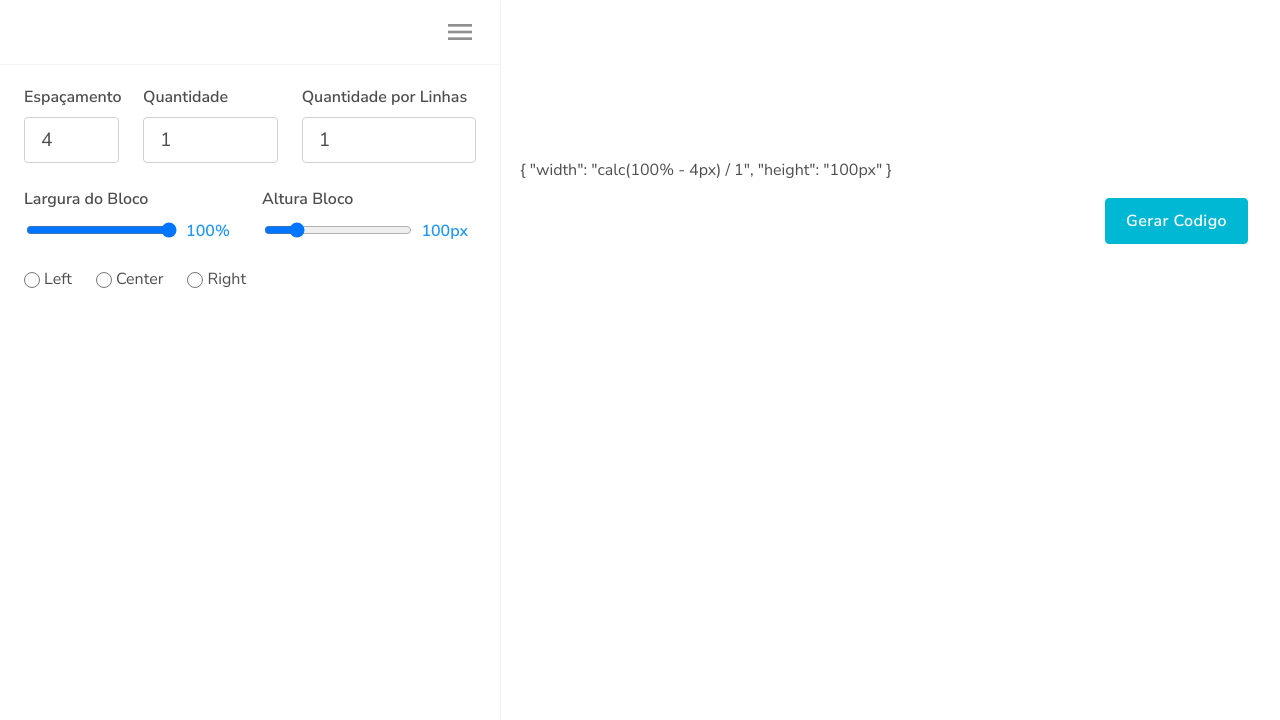
Repository: Flintdl/lowcode-elements
Page: /
An editor plug-in stored every save of this project. The page is shown before and after the next save, followed by the edit.
The browser window is 1280 px wide. The pictures show the whole page.
The project was rebuilt for these pictures with package versions that can differ from the ones it lists, and the page was loaded fresh each time. Also part of the build but not shown: vue.config.js.

Above is the page before, as saved 2022-04-05 09:54:20.

### src/components/Menu/MenuTemplate.vue
<template>
  <div>
    <div
      class="ham burger-link-mobile sf-display-flex sf-display-md-none"
      @click="menu"
    >
      <i class="mdi mdi-menu sf-text-xlg sf-text-muted sf-dropdown-action"></i>
    </div>
    <nav class="sf-menu">
      <div class="sf-menu-header">
        <div
          @click="menu"
          class="hamburger-link sf-display-none sf-display-md-block"
        >
          <i
            class="mdi mdi-menu sf-text-xlg sf-text-muted sf-dropdown-action"
          ></i>
        </div>
      </div>
      <div class="sf-menu-body">
        <ul class="sf-menu-ul">
          <li class="sf-menu-li sf-px-4">
            <div class="sf-row">
              <div class="sf-col-3 sf-form-group">
                <label class="sf-label">Espaçamento</label>
                <input
                  type="number"
                  min="1"
                  max="12"
                  value="2"
                  id="inputGap"
                  v-model="inputGap"
                  class="filter-states sf-text-capitalize"
                  placeholder="Quantidade de Blocos"
                />
              </div>
              <div class="sf-col-4 sf-form-group">
                <label class="sf-label">Quantidade</label>
                <input
                  type="number"
                  value="1"
                  id="inputQuantidade"
                  v-model="inputQuantidade"
                  class="filter-states sf-text-capitalize"
                  placeholder="Quantidade de Blocos"
                />
              </div>
              <div class="sf-col-5 sf-form-group">
                <label class="sf-label">Quantidade por Linhas</label>
                <input
                  type="number"
                  min="1"
                  max="12"
                  value="1"
                  id="inputQuantidadeLinha"
                  v-model="inputQuantidadeLinha"
                  class="filter-states sf-text-capitalize"
                  placeholder="Quantidade Linha"
                />
              </div>
              <div class="sf-col-6 sf-form-group">
                <label class="sf-label">Largura do Bloco</label>
                <div class="sf-input-group">
                  <input
                    type="range"
                    min="10"
                    max="100"
                    value="10"
                    id="inputRange"
                    v-model="inputRange"
                    class="sf-px-0 sf-border-right-0 sf-border-radius-right-0 sf-text-capitalize"
                  />
                  <div
                    class="sf-input-group-append sf-display-flex sf-justify-content-center"
                  >
                    <div
                      class="sf-display-flex sf-align-items-center sf-justify-content-center sf-border-left-0 sf-border-radius sf-border-radius-left-0 sf-px-2 sf-text-info sf-font-weight-bold sf-min-60-px"
                    >
                      {{ inputRange }}%
                    </div>
                  </div>
                </div>
              </div>
              <div class="sf-col-6 sf-form-group">
                <label class="sf-label">Altura Bloco</label>
                <div class="sf-input-group">
                  <input
                    type="range"
                    min="10"
                    max="500"
                    id="valorHeight"
                    v-model="valorHeight"
                    class="sf-px-0 sf-border-right-0 sf-border-radius-right-0 sf-text-capitalize"
                  />
                  <div
                    class="sf-input-group-append sf-display-flex sf-justify-content-center"
                  >
                    <div
                      class="sf-display-flex sf-align-items-center sf-justify-content-center sf-border-left-0 sf-border-radius sf-border-radius-left-0 sf-px-2 sf-text-info sf-font-weight-bold sf-min-60-px"
                    >
                      {{ valorHeight }}px
                    </div>
                  </div>
                </div>
              </div>
              <div class="sf-col-auto sf-form-group">
                <input
                  id="left"
                  type="radio"
                  name="drone"
                  v-model="checkValue"
                  value="left"
                  checked
                />
                <label for="left"> Left</label>
              </div>

              <div class="sf-col-auto sf-form-group">
                <input
                  type="radio"
                  id="center"
                  name="drone"
                  v-model="checkValue"
                  value="center"
                />
                <label for="center"> Center</label>
              </div>

              <div class="sf-col-auto sf-form-group">
                <input
                  type="radio"
                  id="right"
                  name="drone"
                  v-model="checkValue"
                  value="right"
                />
                <label for="right"> Right</label>
              </div>
            </div>
          </li>
        </ul>
      </div>
    </nav>
    <div class="sf-content-page">
      <HomeView
        :valor="parseInt(inputRange)"
        :inputGap="parseInt(inputGap)"
        :valorHeight="parseInt(valorHeight)"
        :quantidade="parseInt(inputQuantidade)"
        :quantidadeLinha="parseInt(inputQuantidadeLinha)"
        :checkValue="checkValue"
      />
    </div>
    <div class="ga-mascara-fundo" @click="mask"></div>
  </div>
</template>

<script>
import HomeView from "@/views/HomeView.vue";
import image from "@/assets/logo-soften.webp";

export default {
  name: "MenuTemplate",
  data: function () {
    return {
      inputQuantidade: (this.inputQuantidade = 1),
      inputQuantidadeLinha: (this.inputQuantidadeLinha = 1),
      inputRange: (this.inputRange = 100),
      valorHeight: (this.valorHeight = 100),
      inputGap: (this.inputGap = 4),
      checkValue: this.checkValue,
      image: image,
    };
  },
  components: {
    HomeView,
  },
  beforeMount() {
    if (window.innerWidth >= 768) {
      if (localStorage.getItem("menu") === "fechado") {
        document.body.classList.add("menu-fechado");
      } else {
        document.body.classList.remove("menu-fechado");
      }
    }

    (function () {
      var current = window.location.pathname.split("")[0];
      if (current === "") return;
      var menuItems = document.querySelectorAll(".sf-menu-list-link");
      for (var i = 0, len = menuItems.length; i < len; i++) {
        if (menuItems[i].getAttribute("href").indexOf(current) !== -1) {
          menuItems[i].className += " active-nolink";
          menuItems[i].nextElementSibling.className += " active-nolink";
        }
      }
    })();
  },
  methods: {
    menu() {
      if (window.innerWidth >= 768) {
        document.body.classList.toggle("menu-fechado");
        if (document.body.classList.contains("menu-fechado")) {
          localStorage.setItem("menu", "fechado");
        } else {
          localStorage.removeItem("menu");
        }
      } else {
        document.body.classList.toggle("menu-mobile-aberto");
      }
    },
    mask() {
      document.body.classList.remove("menu-mobile-aberto");
    },
  },
};

// function dropdown(menu) {
//   var dropdowns = document.getElementsByClassName("sf-dropdown-menu");
//   var i;
//   for (i = 0; i < dropdowns.length; i++) {
//     var openDropdown = dropdowns[i];
//     if (openDropdown.classList.contains("show")) {
//       openDropdown.classList.remove("show");
//     }
//   }
//   document.querySelector(menu).classList.toggle("show");
// }
</script>

<style lang="scss">
@import "@/assets/scss/style.scss";
@import "@/assets/scss/standard.scss";
@import "@/assets/scss/menu.scss";
</style>

### src/assets/scss/_variables.scss
// Primarys Colors
$standardTextColor: #4d4d4d;

$primaryColor: #8e6dff;
$secondaryColor: #009997;
$buttonDisableColor: #9c9c9c;
$buttonDisableBgColor: #7676764d;

// Menu Colors

$bgMenuColor: #1d1d1d;
$linkMenuColor: #7b8089;
$iconMenuColor: #2a2a2a;
$borderMenuColor: #323232;

// Botão Colors

$btnPrimary: #00b8d4;
$btnPrimaryHover: #0085b0;

// Generics Colors

$whiteColor: #ffffff;
$mutedColor: #8f8f8f;
$cardColor: #f3f4f7;
$cardColorLight: #f9fafc;
$cardColorLightTwo: #f1f5fc;
$greyLight: #d1d1d1;

// Dropdown Colors

$dropdownHeaderColor: #5f5f5f;
$dropdownColor: #ebffff;

// State Colors

$successColor: #3dc661;
$dangerColor: #e7515a;
$warningColor: #e2a03f;
$infoColor: #2196f3;
$defaultColor: #172b4d;
$lightColor: #e0e0e0;

### src/assets/scss/standard.scss
@import "variables";

.sf-content-page {
  transition: margin-left 0.15s ease;
  margin-left: 500px;
  padding: 3.6rem 2rem;
}

input,
select {
  font-size: 1.2rem;
  font-family: "Nunito Sans", sans-serif;
  color: #4d4d4d;
  background-color: #ffffff;
  width: 100%;
  display: block;
  height: 46px;
  padding: 0 1rem;
  border-radius: 4px;
  border: 1px solid #d1d1d1;
}

input:disabled {
  background-color: $buttonDisableBgColor;
}

textarea {
  font-size: 0.875rem;
  font-family: "Nunito Sans", sans-serif;
  color: #4d4d4d;
  background-color: #ffffff;
  width: 100%;
  display: block;
  padding: 1rem;
  border-radius: 4px;
  border: 1px solid #d1d1d1;
  resize: none;
}

input[type="range"] {
  height: fit-content !important;
}

.sf-form-100 {
  width: calc(100% + 24px);
}

/* Input Radio */
.form-selectradio,
.form-selectcheckbox {
  display: flex;
}

.form-selectradiobutton,
.form-selectcheckboxbutton {
  display: inline-block;
  border-radius: 50%;
  margin: 0;
}

.form-selectradiobutton label,
.form-selectcheckboxbutton label {
  font-size: 0.875rem;
  cursor: pointer;
  display: inline-block;
  margin: 0 16px 0 8px;
  vertical-align: middle;
}

input[type="radio"],
input[type="checkbox"] {
  width: 1rem;
  height: 1rem;
  text-align: center;
  position: relative;
  border-radius: 50%;
  line-height: 16px;
  cursor: pointer;
  margin: 0;
  display: inline-block;
  vertical-align: middle;
}

input[type="checkbox"] {
  border-radius: 6px;
}

// Renderização de Consulta - Botão

.sf-action-rendered-content {
  gap: 8px;
  .sf-action-rendered-consult {
    -webkit-box-flex: 1;
    -ms-flex-positive: 1;
    flex-grow: 1;
    white-space: nowrap;
    width: auto;
    span {
      cursor: pointer;
      &:hover {
        // background-color: #27272736 !important;
        border-color: #272727 !important;
      }
      &.actived {
        // background-color: #00b8d436 !important;
        border-color: #00b8d4 !important;
        font-weight: 700;
      }
    }
  }
}

// Renderização de Consulta - Botão

// Conteúdo socio resultado

.sf-card-socio-content {
  gap: 12px;
  .sf-card-socio {
    width: 100%;
    &.actived {
      div {
        background-color: #1fbdd538;
        border-color: #00b8d4 !important;
        color: #0395ac;
      }
    }
    &:hover {
      div {
        border-color: #00b8d4 !important;
        color: #0395ac;
        cursor: pointer;
      }
    }
  }
}
// Conteúdo socio resultado

// Conteúdo contato resultado

.sf-contact-business-content {
  gap: 12px;
  &.sf-business-overflow {
    ::-webkit-scrollbar {
      background: #e0e0e0;
      height: 4px;
      width: 6px;
    }

    ::-webkit-scrollbar-thumb {
      background: #bebebe;
    }
    ::-webkit-scrollbar-track {
      background-color: #e0e0e0;
    }
    ul {
      max-height: 392px;
      overflow-y: auto;
    }
  }
  .sf-contact-content-list {
    width: 100%;
    &.content-list-segments {
      height: fit-content;
      div {
        background-color: #f5f5f5;
        width: 100%;
      }
      &.actived {
        div {
          background-color: #1fbdd538;
          border-color: #00b8d4 !important;
          color: #0395ac;
        }
      }
      &:hover {
        div {
          border-color: #00b8d4 !important;
          color: #0395ac;
          cursor: pointer;
        }
      }
    }
  }
  &.sf-content-grid {
    .sf-contact-content-list {
      flex: initial;
    }
  }
}

.information-list-business {
  .information-list-business-li {
    span {
      width: 100%;
    }
    &:nth-child(odd) {
      background-color: #79797936;
    }
  }
}

.autocomplete-items {
  position: absolute;
  border: 1px solid #d4d4d4;
  margin: 12px 12px 0;
  border-radius: 4px;
  max-height: 210px;
  overflow-y: auto;
  z-index: 99;
  top: 100%;
  left: 0;
  right: 0;
}

.autocomplete-items div {
  padding: 10px;
  cursor: pointer;
  background-color: #fff;
  border-bottom: 1px solid #d4d4d4;
  &:last-child {
    border-bottom: 0;
  }
}

.autocomplete-items div:hover {
  background-color: #e9e9e9;
}

.autocomplete-active {
  background-color: DodgerBlue !important;
  color: #ffffff;
}

@media (min-width: 731px) {
  .sf-contact-business-content {
    .sf-contact-content-list {
      width: calc(50% - 12px);
    }
    &.sf-content-grid {
      .sf-contact-content-list {
        width: calc(50% - 12px);
      }
    }
  }
  .sf-card-socio-content {
    .sf-card-socio {
      width: calc(50% - 12px);
    }
  }
}

@media (min-width: 960px) {
  .sf-contact-business-content {
    .sf-contact-content-list {
      width: calc((100% - 24px) / 3);
    }
    &.sf-content-grid {
      .sf-contact-content-list {
        width: calc((100% - 24px) / 3);
      }
    }
  }
  .sf-card-socio-content {
    .sf-card-socio {
      width: calc((100% - 24px) / 3);
    }
  }
}
@media (min-width: 1200px) {
  .sf-contact-business-content {
    .sf-contact-content-list {
      width: calc((100% - 24px) / 3);
    }
    &.sf-content-grid {
      .sf-contact-content-list {
        width: calc(100% / 4);
      }
    }
  }
  .sf-card-socio-content {
    .sf-card-socio {
      width: calc((100% - 36px) / 4);
    }
  }
}

// Conteúdo contato resultado

.sf-loading-animation {
  z-index: 999999;
  // display: none;
  height: 100px;
  width: 100px;
}

.sf-loading-input {
  height: 100%;
  width: 40px;
}

// Error Style

.sf-error-svg {
  font-size: 3rem;
  font-family: Impact, Haettenschweiler, "Arial Narrow Bold", sans-serif;
}
/*////////////////////v animation//////////////////*/
.text1 {
  fill: none;
  stroke-linejoin: round;
  stroke-dasharray: 1160;
  stroke-dashoffset: 0;
}
.text1:nth-child(3n) {
  fill: #272727;
}

.text1:nth-child(3n + 2) {
  fill: #e7515a;
}

.text2 {
  fill: #2196f3;
}
// Mesagem Box

.mensagem-box {
  position: fixed;
  overflow: hidden;
  z-index: 997;
  right: 30px;
  bottom: 30px;
}

.mensagem {
  margin-bottom: 12px;
  border-radius: 4px;
  padding: 16px 32px;
  font-size: 1rem;
  color: #fff;
  z-index: 998;
}

.mensagem:last-child {
  margin-bottom: 0;
}

.mensagem.success {
  background-color: $successColor;
}

.mensagem.error {
  background-color: $dangerColor;
}

.mensagem.warning {
  background-color: $warningColor;
}

// Mesagem Box

// Error Style

.sf-modal {
  background-color: #000;
  position: fixed;
  z-index: -1;
  display: none;
  height: 100%;
  width: 100%;
  opacity: 0;
  left: 0;
  top: 0;
  &.actived {
    background-color: gray;
    display: block;
    z-index: 9999;
    opacity: 0.8;
  }
}

### src/views/HomeView.vue
<template>
  <div>
    <div class="sf-row">
      <div
        id="sf-preview-code-content"
        class="sf-col-12 sf-mx-auto sf-position-relative"
      >
        <!-- <div class="sf-display-flex sf-flex-wrap sf-width-100">
          <div
            id="sf-grid-template"
            class="sf-grid sf-position-relative"
            :style="{
              width: cssProps.width,
              height: String(valorHeight) + 'px',
              left: inputGap / 2 + 'px',
            }"
            v-bind:key="n"
            v-for="n of quantidade"
          ></div>
        </div> -->
        <div id="sf-preview-code">
          <div
            :style="gapProps"
            class="sf-display-flex sf-flex-wrap sf-width-100"
          >
            <DivGrid
              v-bind:key="n"
              v-for="n of quantidade"
              :tamanho="String(valor)"
              :altura="String(valorHeight)"
              class="sf-position-relative"
              :width="cssProps"
            />
          </div>
        </div>
      </div>
      {{ cssProps }}
      <div class="sf-col-12 sf-mt-3 sf-display-flex sf-justify-content-end">
        <button class="sf-btn sf-btn-primary" @click="gerarCodigo">
          Gerar Codigo
        </button>
      </div>
    </div>
    <div class="sf-row" v-if="htmlPreviewCode">
      <div class="sf-col-12 sf-mx-auto sf-mt-5 sf-code-content">
        <div class="sf-bg-code sf-p-4 sf-border-radius">
          <code>
            <span class="sf-text-info">Código do Preview</span> <br />
            {{ htmlPreviewCode }}
          </code>
        </div>
      </div>
    </div>
  </div>
</template>

<script>
// @ is an alias to /src

import DivGrid from "@/components/templates/DivGrid.vue";

export default {
  name: "HomeView",
  data: function () {
    return {
      htmlPreviewCode: null,
    };
  },
  components: {
    DivGrid,
  },
  props: {
    valor: Number,
    inputGap: Number,
    quantidade: Number,
    valorHeight: Number,
    quantidadeLinha: Number,
    checkValue: String,
  },
  computed: {
    cssProps() {
      return {
        width: `calc(${this.valor}% - ${this.inputGap}px) / ${this.quantidadeLinha}`,
        height: this.valorHeight + "px",
      };
    },
    gapProps() {
      return {
        gap: this.inputGap + "px",
        "justify-content": this.checkValue,
      };
    },
  },
  methods: {
    gerarCodigo() {
      this.htmlPreviewCode =
        document.getElementById("sf-preview-code").innerHTML;
    },
  },
};
</script>

<style>
#sf-grid-template:after {
  content: "";
  width: 100%;
  height: 150%;
  top: -25%;
  background-color: #ff008c0a;
  border: 1px solid rgba(255, 0, 140, 0.103);
  border-left: 2px solid #ff008c38;
  border-right: 2px solid #ff008c38;
  position: absolute;
}
</style>

### src/components/templates/DivGrid.vue
<template>
  <div
    class="sf-bg-primary sf-position-relative sf-border-radius sf-overflow-hidden"
    :style="width"
  >
    <span
      class="sf-position-absolute sf-centerAbsolute-xy sf-text-white sf-font-weight-extra-bold sf-text-center"
      :style="tamanho"
    >
      <i
        class="mdi mdi-arrow-up sf-text-md sf-text-white sf-dropdown-action"
      ></i>
      <i
        class="mdi mdi-arrow-down sf-text-md sf-text-white sf-dropdown-action"
      ></i>
      {{ altura }}px <br />

      {{ tamanho }}%
      <i
        class="mdi mdi-arrow-left sf-text-md sf-text-white sf-dropdown-action"
      ></i>
      <i
        class="mdi mdi-arrow-right sf-text-md sf-text-white sf-dropdown-action"
      ></i>
    </span>
  </div>
</template>

<script>
export default {
  props: {
    width: Object,
    tamanho: String,
    altura: String,
  },
};
</script>

<style></style>

Loaded but not shown: public/index.html (common file); src/main.js (common file); src/App.vue (common file); src/registerServiceWorker.js (common file); src/router/index.js (common file); src/assets/scss/materialdesignicons.scss (9 lines, source omitted); src/assets/scss/style.scss (4087 lines, source omitted); src/assets/scss/menu.scss (396 lines, source omitted)

After the next save:
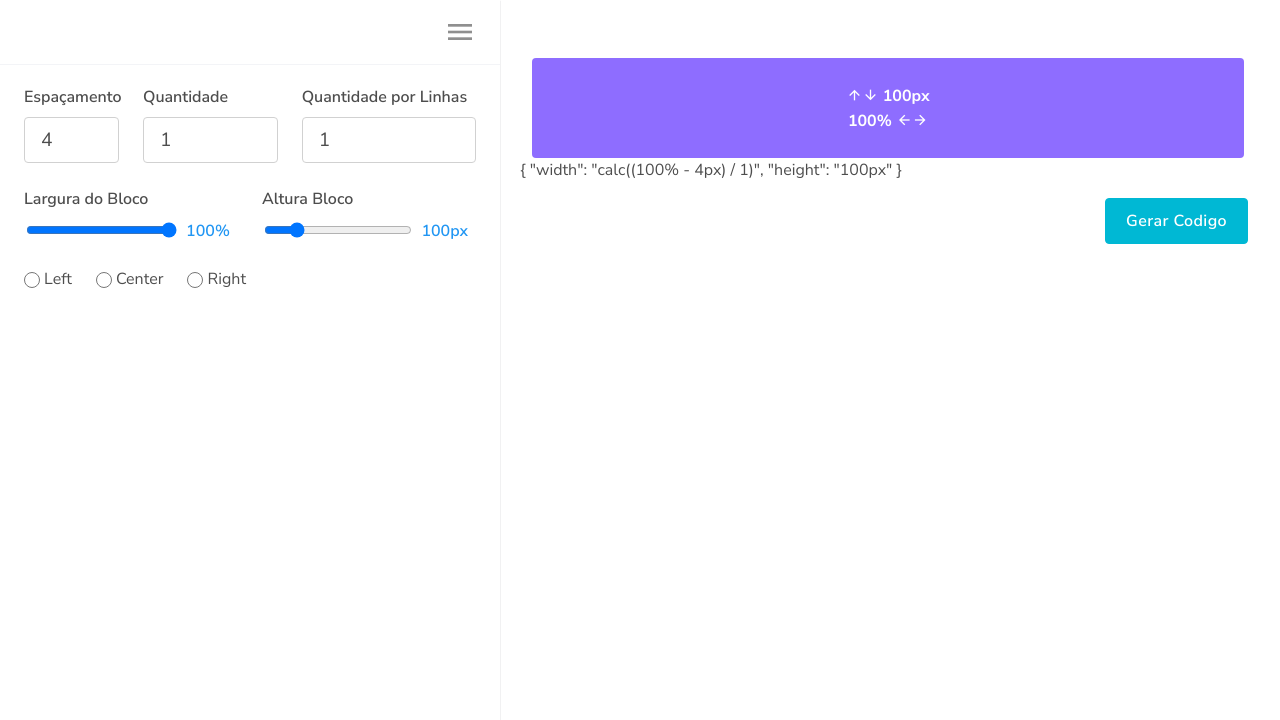
Saved 35 s later.
--- a/src/views/HomeView.vue
+++ b/src/views/HomeView.vue
@@ -80,7 +80,7 @@ export default {
   computed: {
     cssProps() {
       return {
-        width: `calc(${this.valor}% - ${this.inputGap}px) / ${this.quantidadeLinha}`,
+        width: `calc((${this.valor}% - ${this.inputGap}px) / ${this.quantidadeLinha})`,
         height: this.valorHeight + "px",
       };
     },
